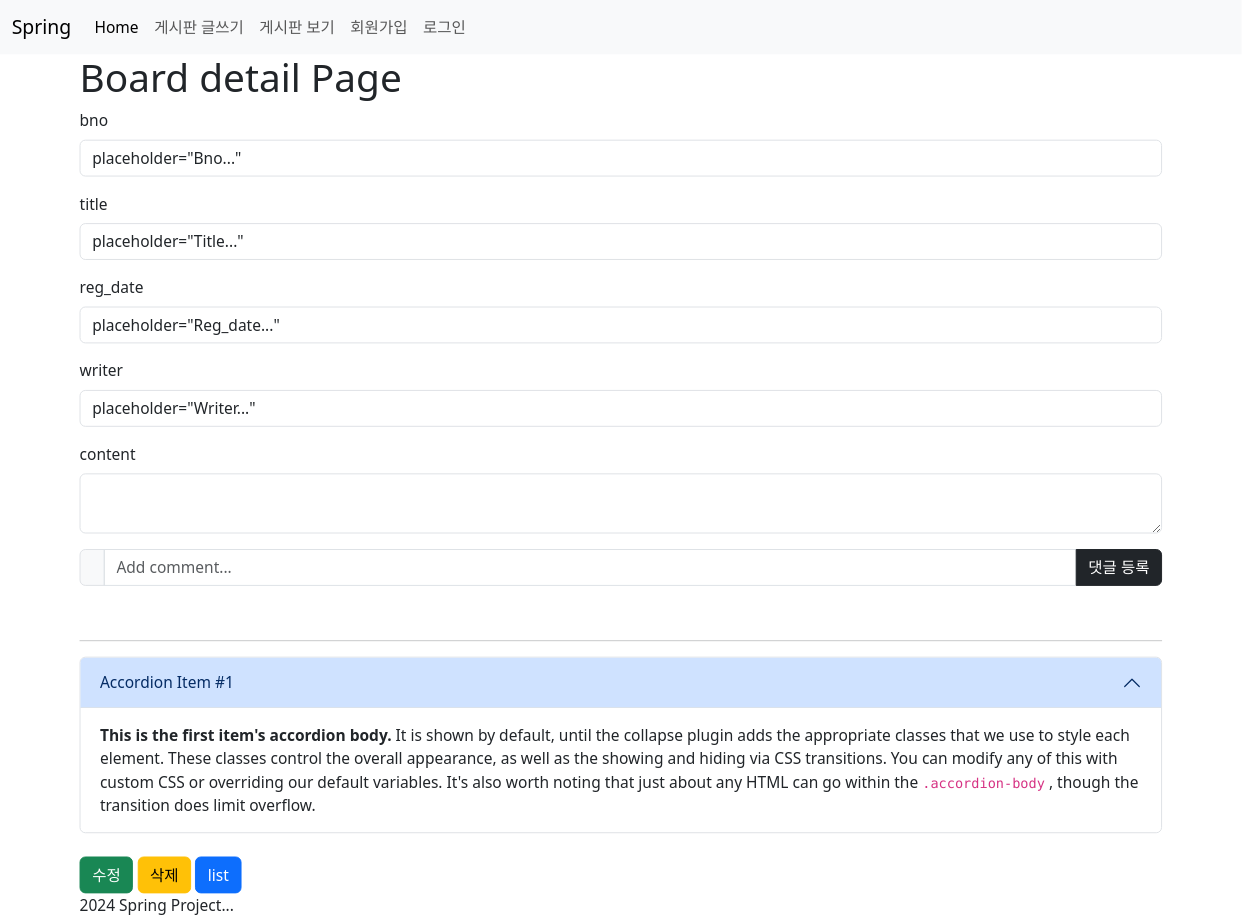
Repository: wanted2001/jsp_project
Page: http://localhost/spring_study/WEB-INF/views/board/detail.jsp
An editor plug-in stored every save of this project. The page is shown before and after the next save, followed by the edit.
The browser window is 1280 px wide. The pictures show the whole page, at 97% of full size.
The page is served by Tomcat 9. Nobody is signed in. The template is opened directly, without the code that normally fills it, so the values that code supplies are empty.

Above is the page before, as saved 2024-04-26 02:47:22.

After the next save:
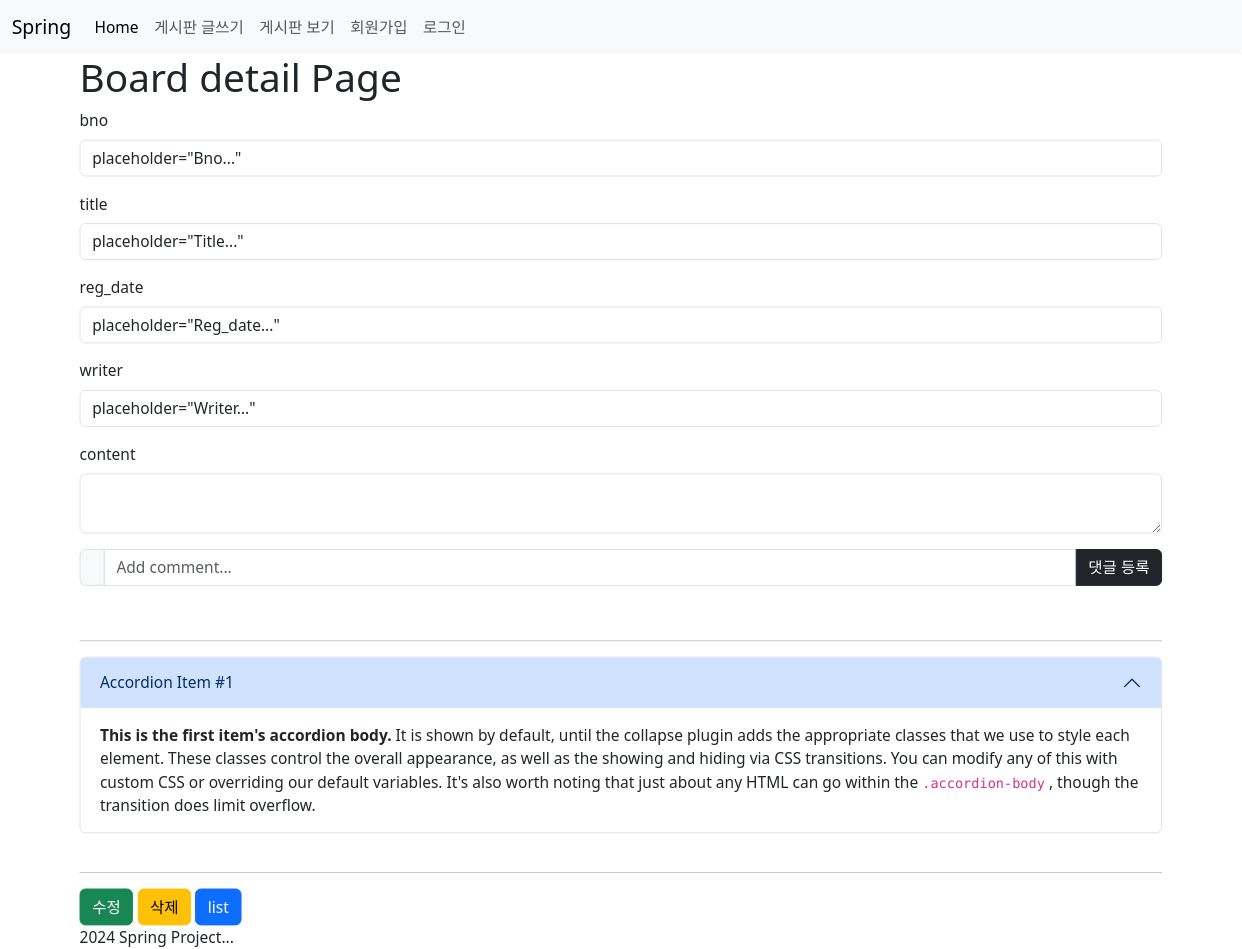
Saved 6 s later.
--- a/spring_study/src/main/webapp/WEB-INF/views/board/detail.jsp
+++ b/spring_study/src/main/webapp/WEB-INF/views/board/detail.jsp
@@ -64,7 +64,7 @@
 			</div>
 		</div>
 	</div>
-	<br>
+	<br><hr>
 
 
 
